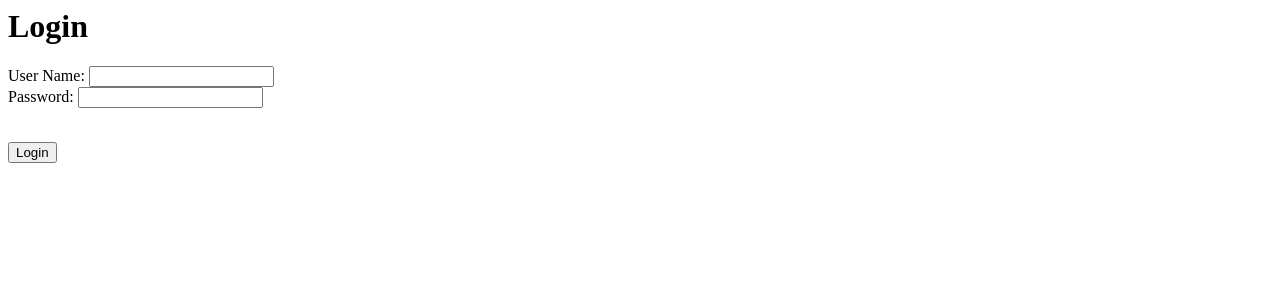
Repository: Sadiki/Expense_Reimbursement_System
Page: Ers_Project/src/main/webapp/partials/login.html
The author's editor kept a copy of each file at every save. The page is drawn from the files as they stood at one save, then again after the next save.
The browser window is 1280 px wide. The pictures show the whole page.

Above is the page before, as saved 2018-11-07 04:00:57.

### Ers_Project/src/main/webapp/partials/login.html
<div id='loginContainer'>
	<div id='loginMenu'>
		<form>
			<h1>Login</h1>
			User Name: <input id='username' class='register' type='text'>
			<br /> Password: <input id='password' class='register'
				type='password'>
		</form>
		<br />
		<button id='loginBtn'>Login</button>

		<div class="alert alert-danger" id="login_err"></div>
	</div>
</div>

After the next save:
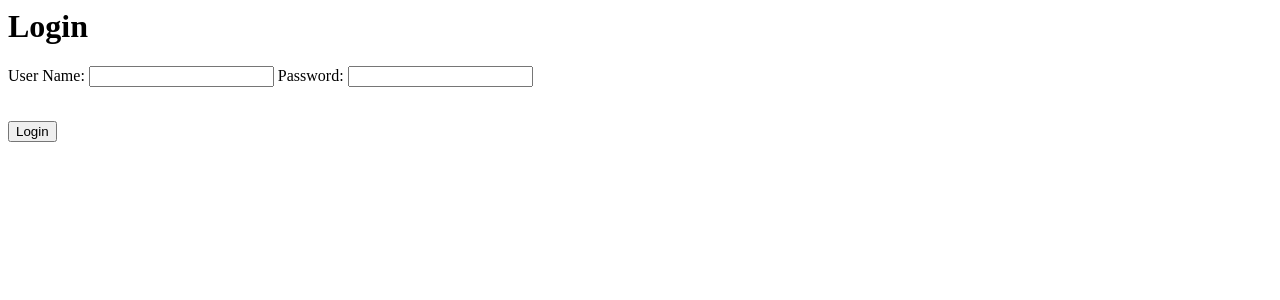
Saved 6 min 20 s later.
--- a/Ers_Project/src/main/webapp/partials/login.html
+++ b/Ers_Project/src/main/webapp/partials/login.html
@@ -3,7 +3,7 @@
 		<form>
 			<h1>Login</h1>
 			User Name: <input id='username' class='register' type='text'>
-			<br /> Password: <input id='password' class='register'
+			Password: <input id='password' class='register'
 				type='password'>
 		</form>
 		<br />

After the save that followed:
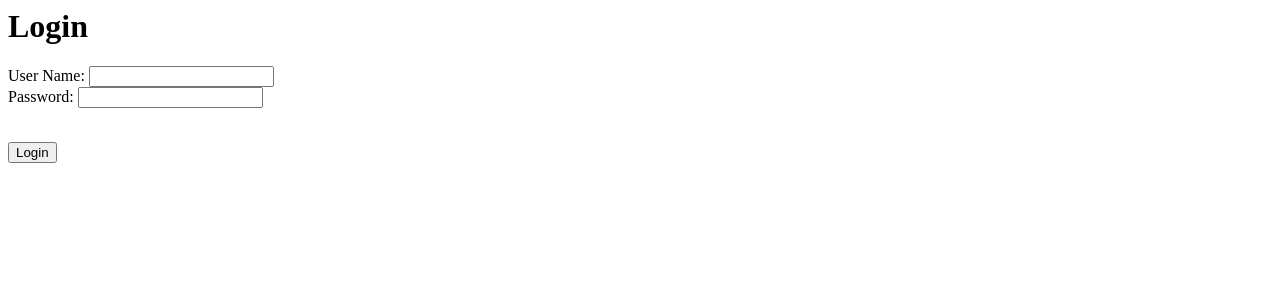
Saved 13 s later.
--- a/Ers_Project/src/main/webapp/partials/login.html
+++ b/Ers_Project/src/main/webapp/partials/login.html
@@ -3,7 +3,7 @@
 		<form>
 			<h1>Login</h1>
 			User Name: <input id='username' class='register' type='text'>
-			Password: <input id='password' class='register'
+			<br /> Password: <input id='password' class='register'
 				type='password'>
 		</form>
 		<br />
